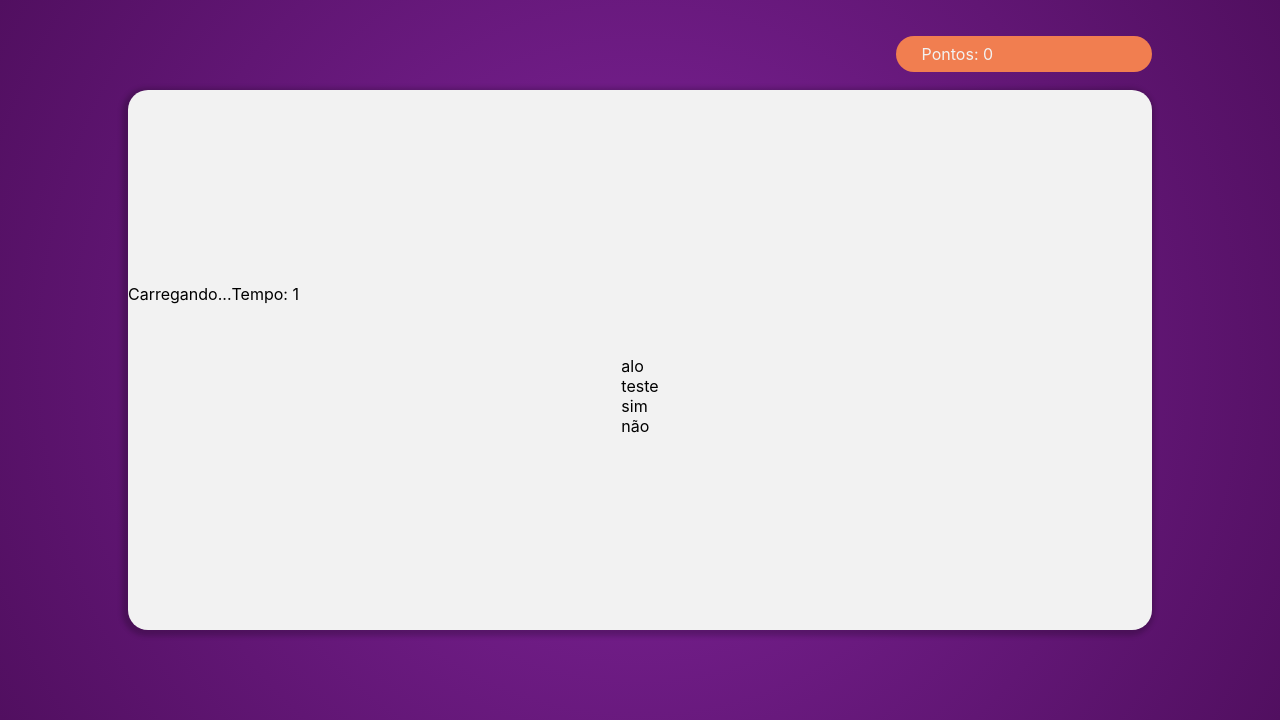
Repository: gabrielejandres/bd-final-project
Page: /play (app in frontend/)
These files come from the project's save history. The page is drawn as it stood at one moment and after the next save; the edit follows.
The browser window is 1280 px wide. The pictures show the whole page.
The project was rebuilt for these pictures with package versions that can differ from the ones it lists, and the page was loaded fresh each time. Also part of the build but not shown: frontend/src/App.css, frontend/src/components/Button/index.jsx, frontend/src/components/Logo/style.css, frontend/src/components/Logo/index.jsx, frontend/src/components/Footer/Login/index.jsx, frontend/src/pages/Login/index.jsx, frontend/src/components/Footer/Home/style.css, frontend/src/components/Footer/Home/index.jsx and 1 more.

Above is the page before, as saved 2022-03-05 22:07:36.

### frontend/src/App.js
import './App.css';
import Login from './pages/Login/index.jsx'
import Home from './pages/Home/index.jsx'
import Play from './pages/Play/index.jsx';
import {BrowserRouter, Route, Routes} from 'react-router-dom';


function App() {
  return (
    <div>
      <BrowserRouter>
          <Routes>
            <Route path="/login" element={<Login/>}/>
            <Route path="/" element={<Home/>}/>
            <Route path="/play" element={<Play/>}/>
          </Routes>
      </BrowserRouter>
    </div>
  );
}

export default App;

### frontend/src/pages/Play/index.jsx
import { useEffect, useState } from 'react'
import './style.css'

export default function Play(){

  const [score, setScore] = useState(0)
  const [question, setQuestion] = useState('Carregando...')
  const [options, setOptions] = useState(['alo', 'teste', 'sim', 'não'])
  const [answer, setAnswer] = useState('sim')

  useEffect(()=>{

  }, [score])

  return (
    <div className="main-page">
      <div className="score">
        <div className="score-text">Pontos: {score}</div>
      </div>
      <div className="game-container">
        <div className="game-header">
          <div className="game-question">
            {question}
          </div>
          <div className="game-timer">
            Tempo: 1
          </div>
        </div>
        <div className="game-content">
          {options.map((option) => {
            return(
              <div className="game-options">
                {option}
              </div>
            )
            })}
        </div>
      </div>
    </div>
  )
}

### frontend/src/pages/Login/style.css
@import url('https://fonts.googleapis.com/css2?family=Montserrat:wght@100;400;700;900&display=swap');

:root {
    --color-brand-primary: #510F60;
    --color-brand-secondary: #F17E50;

    --color-neutral-lightest: #F2F2F2;
    --color-neutral-medium: rgba(133,133,133, 1);
    --color-neutral-darkest: #363636;

    --primary-brand-font: 'Montserrat', sans-serif;
}

.main-page {
  background-image: radial-gradient(circle, #81249C, var(--color-brand-primary));

  height: 100vh;

  display: flex;
  justify-content: center;
  align-items: center;
}

.logo img {
  height: 15vh;

  display: flex;
  justify-content: center;
  align-items: center;
}

.container-login {
  width: 40vw;
  height: 60vh;

  display: flex;
  align-items: center;
  justify-content: center;
  flex-direction: column;

  background-color: var(--color-neutral-lightest);

  border-radius: 20px;
  box-shadow: -2px 2px 5px 4px rgba(0,0,0,0.2) ;
}

.access-area {
  display: flex;
  justify-content: center;

  width: 35vw;
}

.user-interaction {
  display: flex;
  align-items: center;
  flex-direction: column;
  justify-content: center;

  margin-left: 1.5vw;
}

.profile {
  width: auto;
  height: auto;

  margin-top: 30px;
  margin-bottom: 50px;
}

.profile img {
  height: 150px;
  width: auto;
}

.input{
  border-radius: 10px;
  border: 1px solid var(--color-neutral-medium);

  height: 24px;
  width: 12vw;

  margin-bottom: 2.5vh;
  padding: 1vh;

  background-color: rgba(133,133,133, 0.2);

  font-family: var(--primary-brand-font);
}

input:focus {
  outline: none;
}

.container-footer {
  width: 100%;

  display: flex;
  align-items: center;
  justify-content: center;
}

.continue-button {
  display: flex;
  align-items: center;
  justify-content: center;
}

### frontend/src/pages/Home/style.css
@import url('https://fonts.googleapis.com/css2?family=Montserrat:wght@100;400;700;900&display=swap');

:root{
    --color-brand-primary: #510F60;
    --color-brand-secondary: #F17E50;
    --color-neutral-lightest: #F2F2F2;
    --primary-brand-font: 'Montserrat', sans-serif;
}

.container{
    width: 35vw;
    height: 65vh;
    display: flex;
    align-items: center;
    justify-content: center;
    flex-direction: column;
    background-color: var(--color-neutral-lightest);
    border-radius: 20px;
    box-shadow: -2px 2px 5px 4px rgba(0,0,0,0.2) ;
    color: var(--color-neutral-darkest);
}

.container-content{
    display: flex;
    flex-direction: column;
    align-items: center;
    height: 80%;
    margin-top: 50px;
}

.buttons-area{
    display: flex;
    flex-direction: column;
    height: 26vh;
    align-items: center;
    justify-content: space-evenly;
    width: 100%;
    margin-top: 5.5vh;
}

.logo {
    width: 35vw;
    display: flex;
    justify-content: center;
    align-items: center;
}

### frontend/src/pages/Play/style.css
:root{
  --color-neutral-lightest: #F2F2F2;
}

.game-container{
  width: 80vw;
  height: 75vh;
  display: flex;
  align-items: center;
  justify-content: center;
  flex-direction: column;
  background-color: var(--color-neutral-lightest);
  border-radius: 20px;
  box-shadow: -2px 2px 5px 4px rgba(0,0,0,0.2) ;
}

.score{
  position: absolute;
  right: 10vw;
  top: 5vh;
  width: 20vw;
  height: 5vh;
  background-color: var(--color-brand-secondary);
  display: flex;
  align-items: center;
  border-radius: 20px;
}

.score-text{
  margin-left: 2vw;
  color: var(--color-neutral-lightest);
}

.game-header{
  display: flex;
  align-items: flex-start;
  height: 10vh;
  width: 100%;
}

.game-content{
  display: grid;
}

### frontend/src/components/Button/style.css
@import url('https://fonts.googleapis.com/css2?family=Montserrat:wght@100;400;500;700;900&display=swap');

:root{
    --color-brand-primary: #510F60;
    --color-brand-secondary: #F17E50;

    --color-neutral-lightest: #F2F2F2;
    --color-neutral-darkest: #363636;

    --primary-brand-font: 'Montserrat', sans-serif;
}

.button {
  cursor: pointer;
  border-radius:30px;
  line-height: 2.5rem;
  font-family: var(--primary-brand-font);
  font-weight: 500;
  height: 4vh;
  display: flex;
  align-items: center;
  justify-content: center;

  border: 1px solid var(--color-neutral-lightest);
  background-image: linear-gradient(-180deg, var(--color-brand-secondary) 0%, #E66038 100%);
  box-shadow: 0 0 0.25rem 0 grey,
              0 -0.25rem 1.5rem rgba(255, 255, 255, 0.1) inset,
              0 0.75rem 0.5rem rgba(255,255,255, 0.4) inset,
              0 0.25rem 0.5rem 0 rgba(255, 255, 255, 0.3) inset;

  color: var(--color-neutral-lightest);

  padding: 2.5vh;
}

### frontend/src/components/Footer/Login/style.css
@import url('https://fonts.googleapis.com/css2?family=Montserrat:wght@100;400;700;900&display=swap');

:root {
    --color-brand-primary: #510F60;
    --color-brand-secondary: #F17E50;

    --color-neutral-lightest: #F2F2F2;
    --color-neutral-medium: rgba(133,133,133, 1);
    --color-neutral-darkest: #363636;

    --primary-brand-font: 'Montserrat', sans-serif;
}

.text-login hr{
    width: 6vw;
    border: 0;
    height: 1.90px;
    background-color: grey;
    margin-top: 1.2vh;
    margin-left: 0.5vw;
    margin-right: 0.5vw;
}

.text-login {
    display: flex;
    justify-content:center;
    align-items: center;

    color: var(--color-neutral-darkest);

    font-family: var(--primary-brand-font);
}

.login-icons {
    display: flex;
    justify-content: center;
}

.login-icons img {
    width: auto;
    height: 35px;

    padding: 0.5vw;
}

Loaded but not shown: frontend/public/index.html (common file); frontend/src/index.js (common file); frontend/src/index.css (common file)

After the next save:
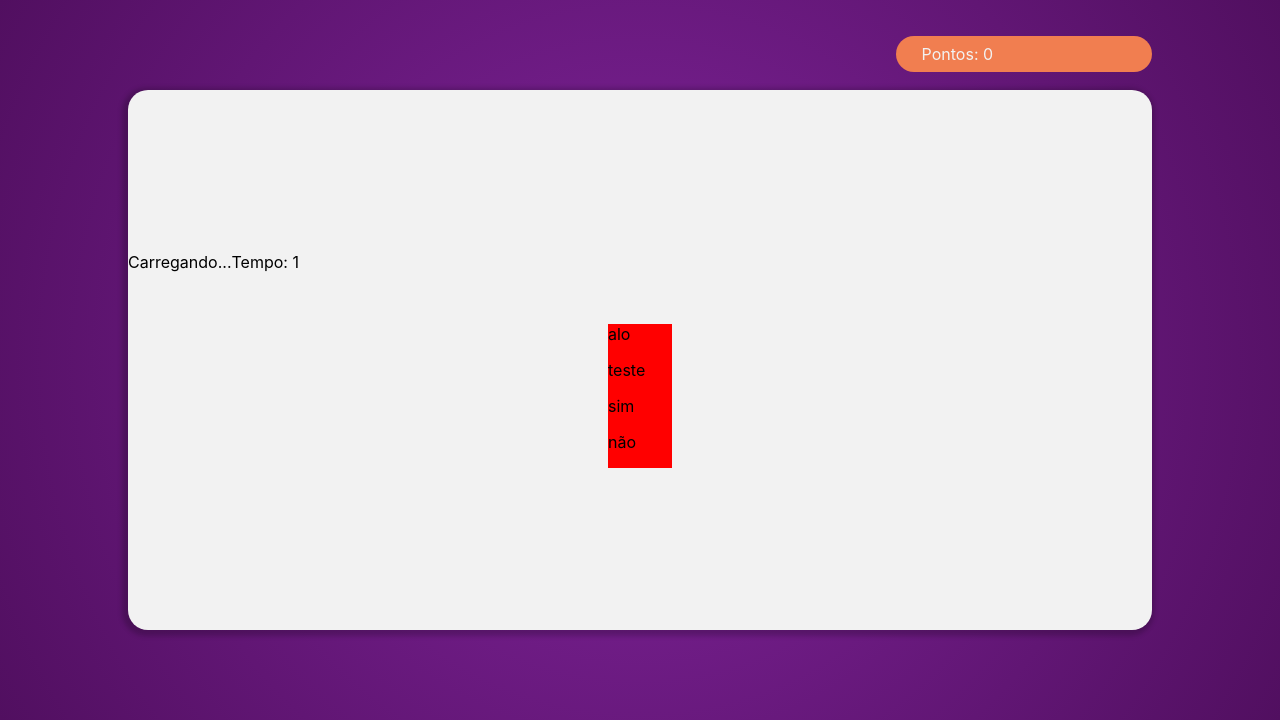
Saved 42 s later.
--- a/frontend/src/pages/Play/style.css
+++ b/frontend/src/pages/Play/style.css
@@ -41,3 +41,9 @@
 .game-content{
   display: grid;
 }
+
+.game-options{
+  width: 5vw;
+  height: 5vh;
+  background-color: red;
+}
